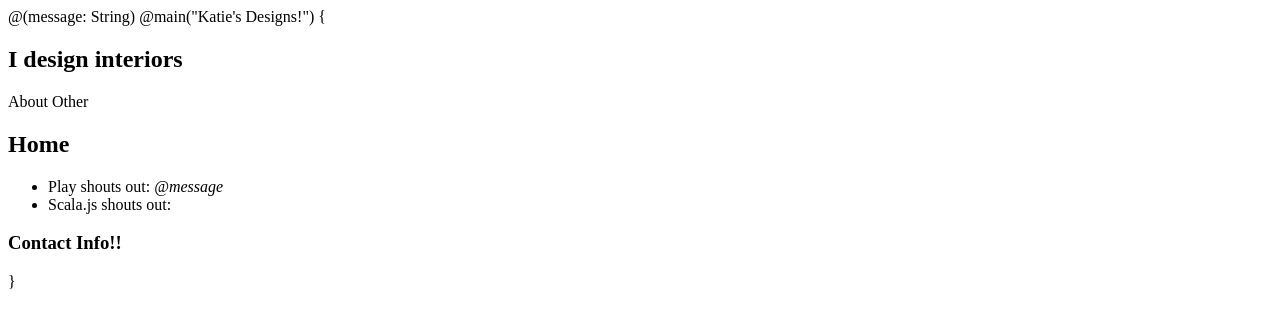
Repository: arthurfeeney/Interior-Design
Page: server/app/views/index.scala.html
These files come from the project's save history. The page is drawn as it stood at one moment and after the next save; the edit follows.
The browser window is 1280 px wide. The pictures show the whole page.

Above is the page before, as saved 2019-03-31 19:01:36.

### server/app/views/index.scala.html
@(message: String)

@main("Katie's Designs!") {
<h2>I design interiors</h2>

<p class="navbar-default"> About Other </p>

<h2 class="section-title"> Home </h2>


<ul>
  <li>Play shouts out: <em>@message</em></li>
  <li>Scala.js shouts out: <em id="scalajsShoutOut"></em></li>
</ul>

<h3> Contact Info!! </h3>


}

After the next save:
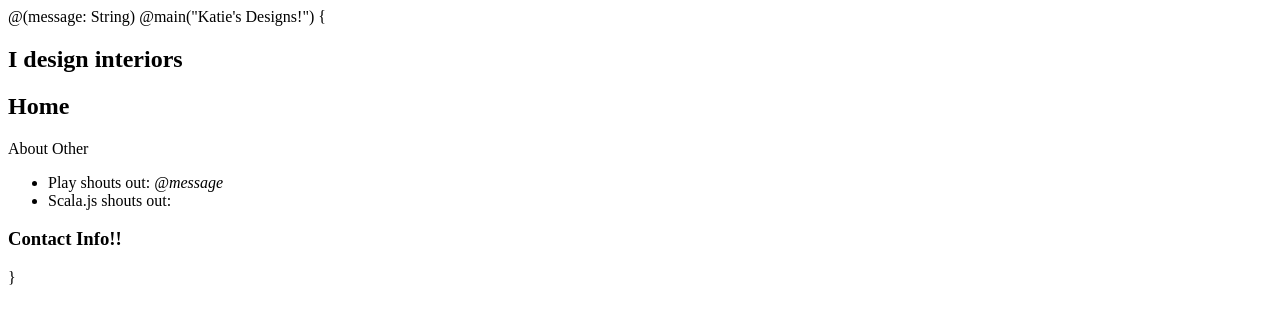
Saved 13 s later.
--- a/server/app/views/index.scala.html
+++ b/server/app/views/index.scala.html
@@ -3,10 +3,9 @@
 @main("Katie's Designs!") {
 <h2>I design interiors</h2>
 
-<p class="navbar-default"> About Other </p>
-
 <h2 class="section-title"> Home </h2>
 
+<p class="navbar-default"> About Other </p>
 
 <ul>
   <li>Play shouts out: <em>@message</em></li>
